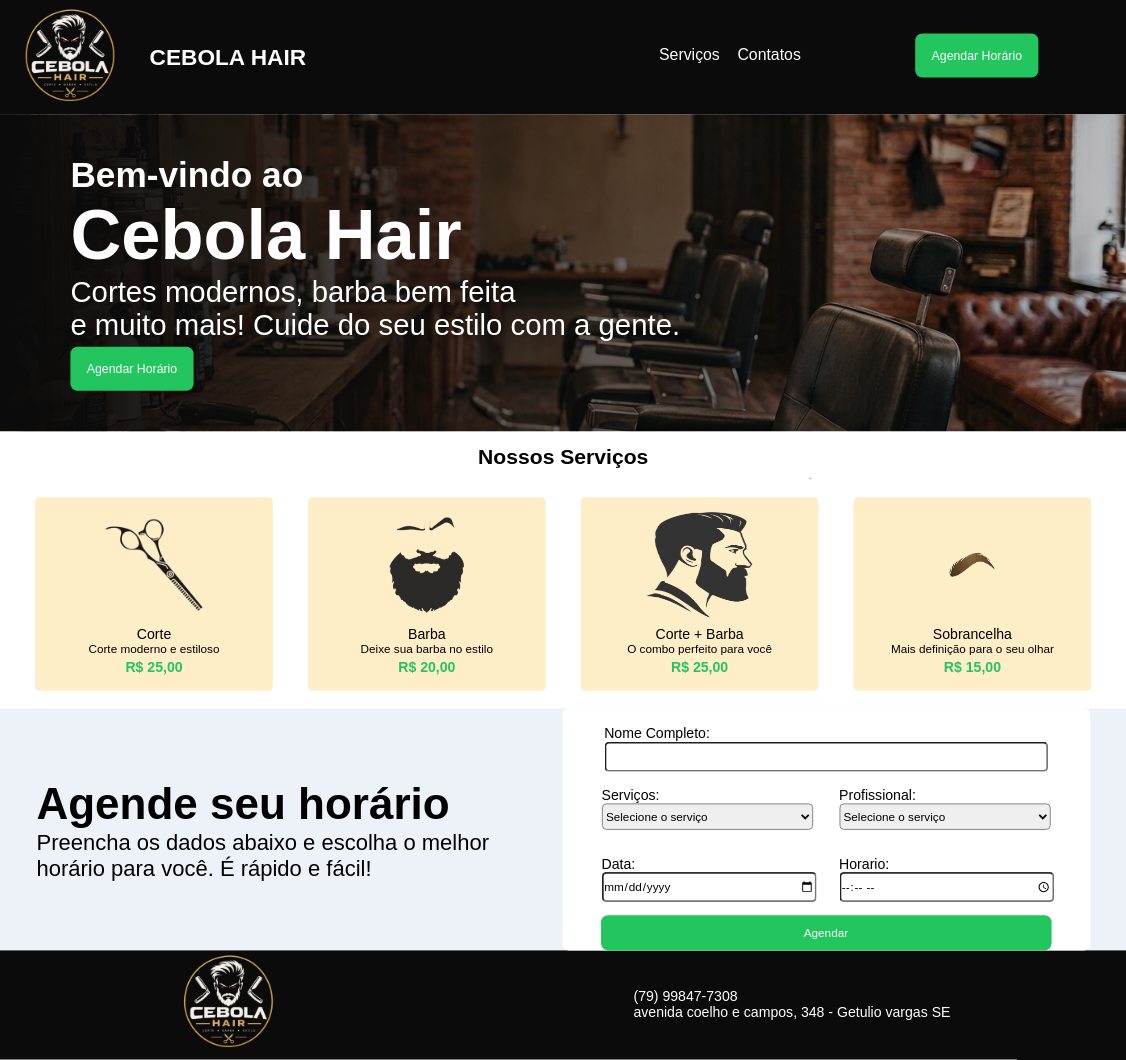
Repository: antonymsantana-design/final.activitie1
Page: index.html
These files come from the project's save history. The page is drawn as it stood at one moment and after the next save; the edit follows.
The browser window is 1280 px wide. The pictures show the whole page, at 88% of full size.

Above is the page before, as saved 2026-09-15 20:09:51.

After the next save:
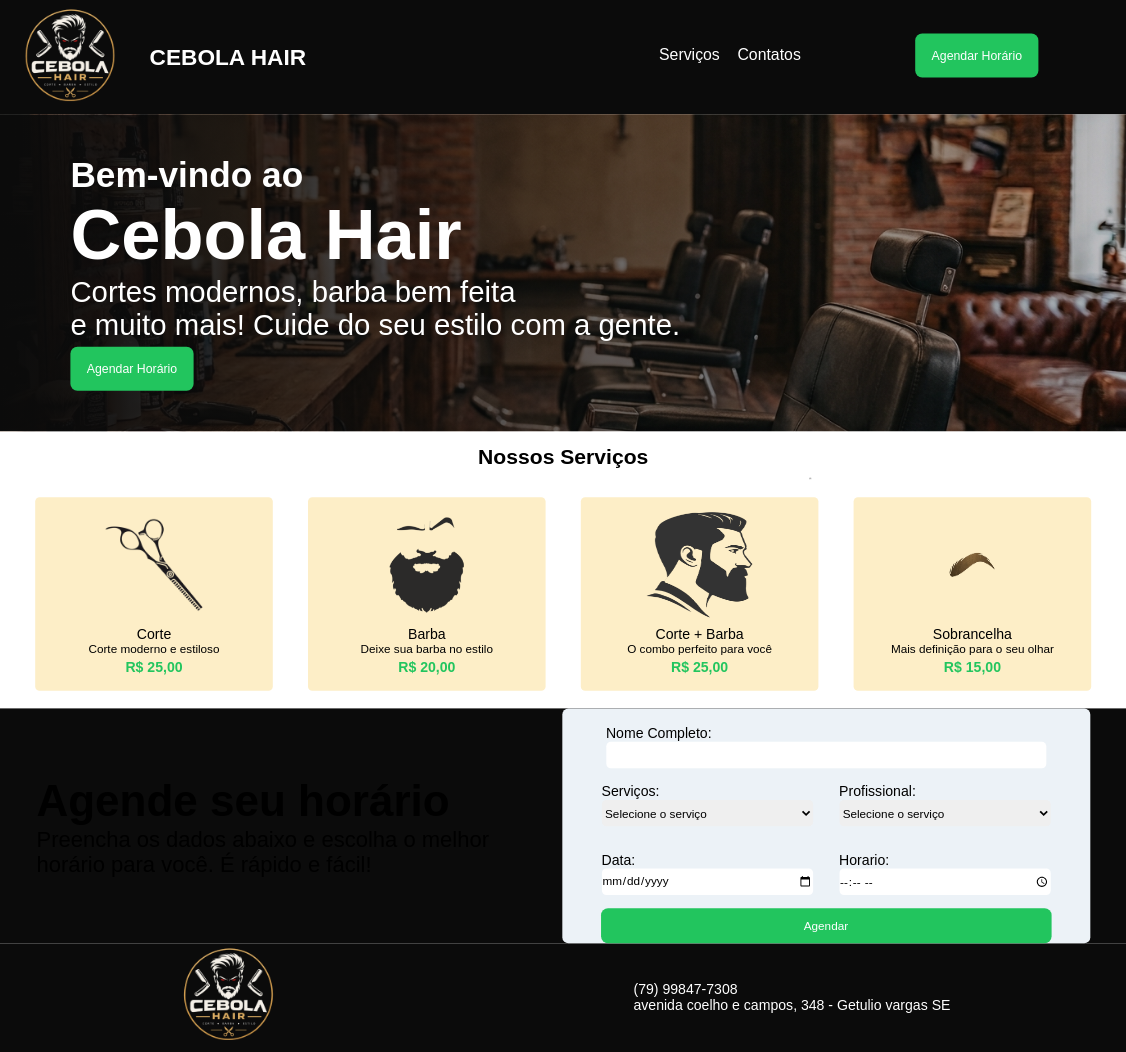
Saved 15 s later.
--- a/style.css
+++ b/style.css
@@ -165,11 +165,11 @@ hr {
     display: flex;
     justify-content: space-around;
     align-items: center;
+    background-color: #0B0B0B;
+}
+
+.form{
     background-color: #ECF2F7;
-}
-
-.form{
-    background-color: white;
     width: 600px;
     border-radius: 7px;
     display: flex;
@@ -210,13 +210,14 @@ footer{
     width: 240px;
     height: 30px;
     border-radius: 5px;
+    border: none;
 }
 
 .forms{
     width: 500px;
     height: 30px;
     border-radius: 5px;
-
+    border: none;
 }
 
 .agendarbtn{
